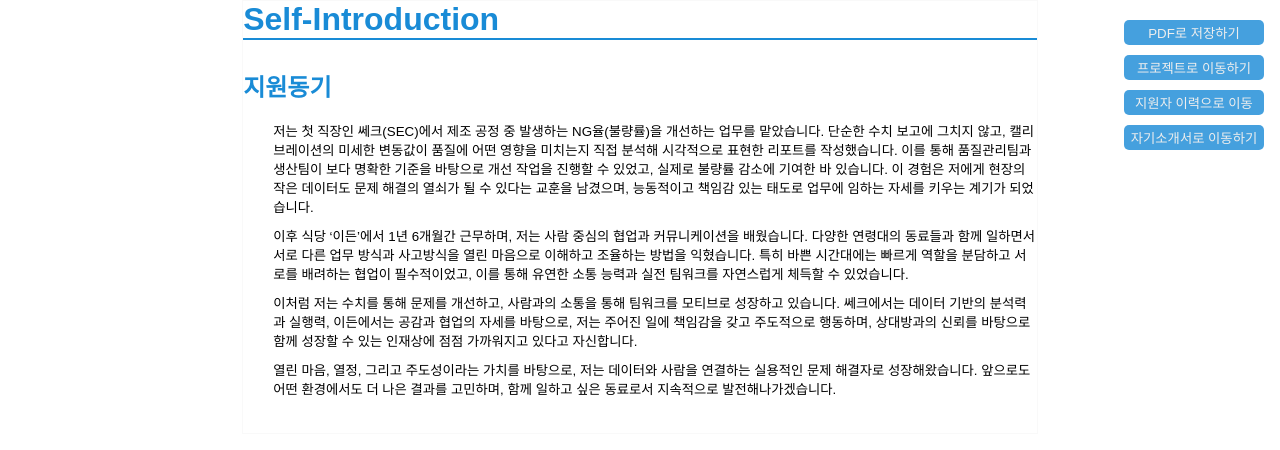
Repository: DooBae-KR/MySelf
Page: /myIntro
These files come from the project's save history. The page is drawn as it stood at one moment and after the next save; the edit follows.
The browser window is 1280 px wide. The pictures show the whole page.
The project was rebuilt for these pictures with package versions that can differ from the ones it lists, and the page was loaded fresh each time. Also part of the build but not shown: src/data/ProjectData.js, src/pages/Project.js, src/data/MyInform.js, src/pages/Myself.js, src/pages/PageAll.js.

Above is the page before, as saved 2025-07-24 19:57:11.

After the next save:
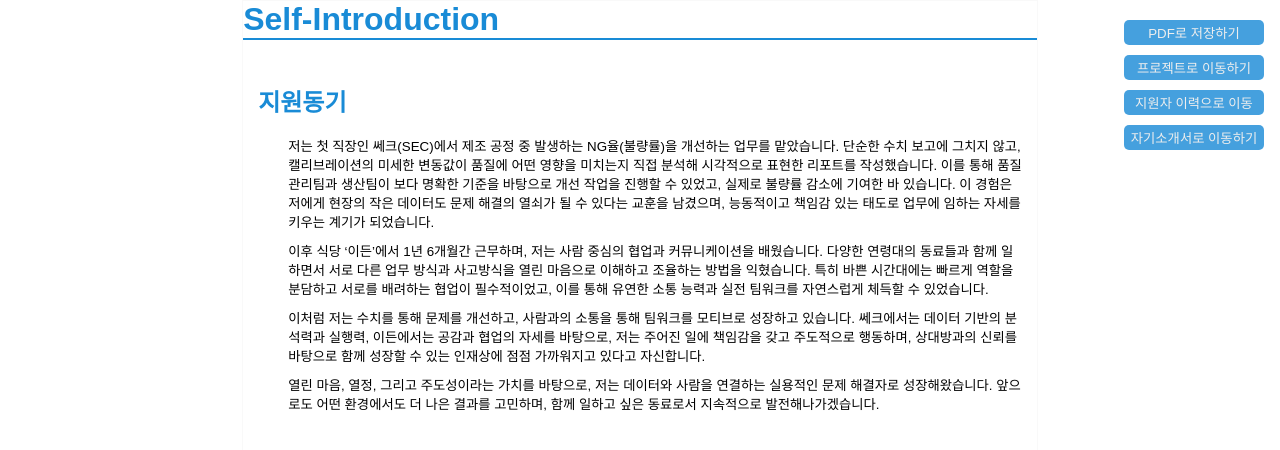
Saved 17 s later.
--- a/src/styles/header.css
+++ b/src/styles/header.css
@@ -150,6 +150,9 @@
         flex-direction: column;
         margin-bottom: 10px;
     }
+    .work-item.intro{
+        padding: 15px;
+    }
 
     .work-item strong{
         font-size: 18px;
